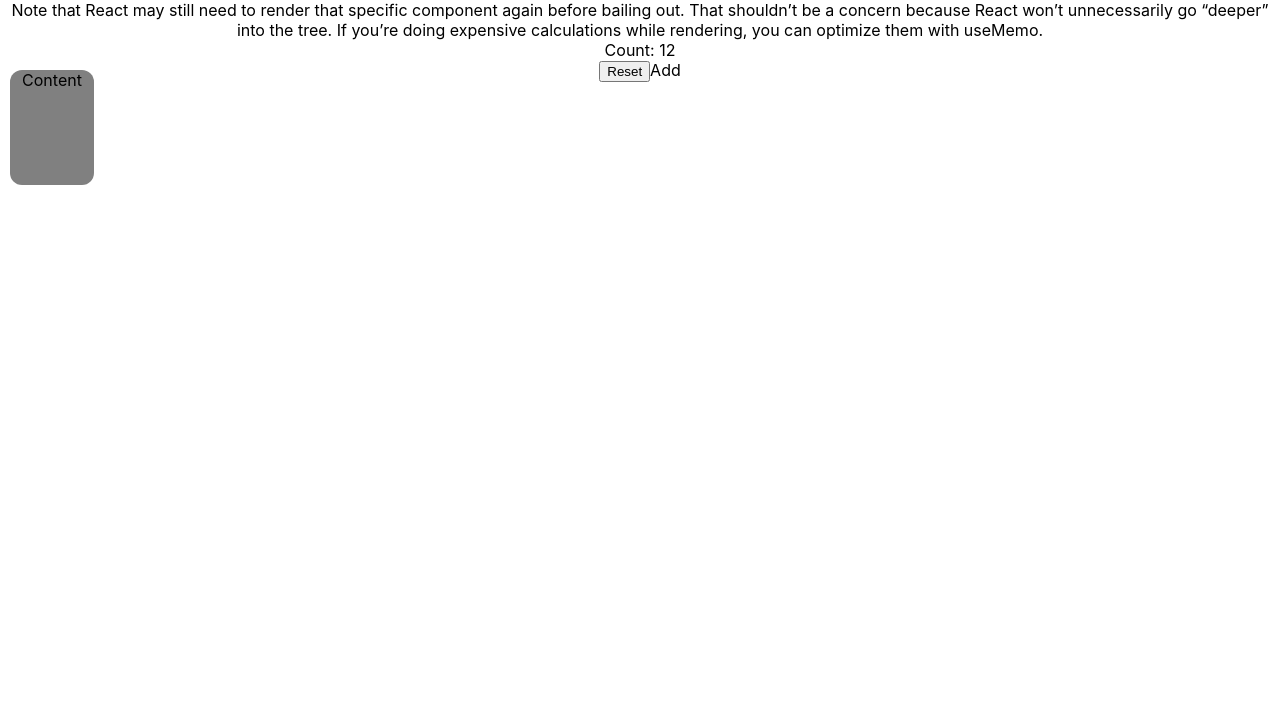
Repository: Farbod29/React-text-highlighter-with-hook-
Page: /
The author's editor kept a copy of each file at every save. The page is drawn from the files as they stood at one save, then again after the next save.
The browser window is 1280 px wide. The pictures show the whole page.
The project was rebuilt for these pictures with package versions that can differ from the ones it lists, and the page was loaded fresh each time.

Above is the page before, as saved 2022-02-18 21:05:55.

### src/App.js
import './App.css';
import Highlighter from './highlighter';
function App() {
  return (
    <div className="App">
      <Highlighter />
    </div>
  );
}

export default App;

### src/highlighter.js
import React, { useEffect, useState } from 'react';

export default function Highlighter() {
  let doit = () => {
    document.onmouseup = () => {
      console.log(window.getSelection().toString());
    };
  };
  const [count, setCount] = useState(12);
  return (
    <>
      <div>
        {' '}
        Note that React may still need to render that specific component again
        before bailing out. That shouldn’t be a concern because React won’t
        unnecessarily go “deeper” into the tree. If you’re doing expensive
        calculations while rendering, you can optimize them with useMemo.
      </div>
      Count: {count}
      {/* <button onClick={() => setCount((prevCount) => prevCount - 1)}>-</button> */}
      <div>
        <div
          style={{
            padding: '0px 10px',
            position: 'fixed',
            height: '9vi',
            width: '5vi',
            margin: '10px',
            borderRadius: '12px',
            backgroundColor: 'gray',
            inline: true,
            fontColor: 'red',
            textAlign: 'center',
          }}
        >
          Content
        </div>
        <button onClick={() => setCount(12)}>Reset</button>
        Add {doit()}
      </div>
    </>
  );
}

Loaded but not shown: public/index.html (common file); src/index.js (common file); src/index.css (common file); src/reportWebVitals.js (common file); src/App.css (common file)

After the next save:
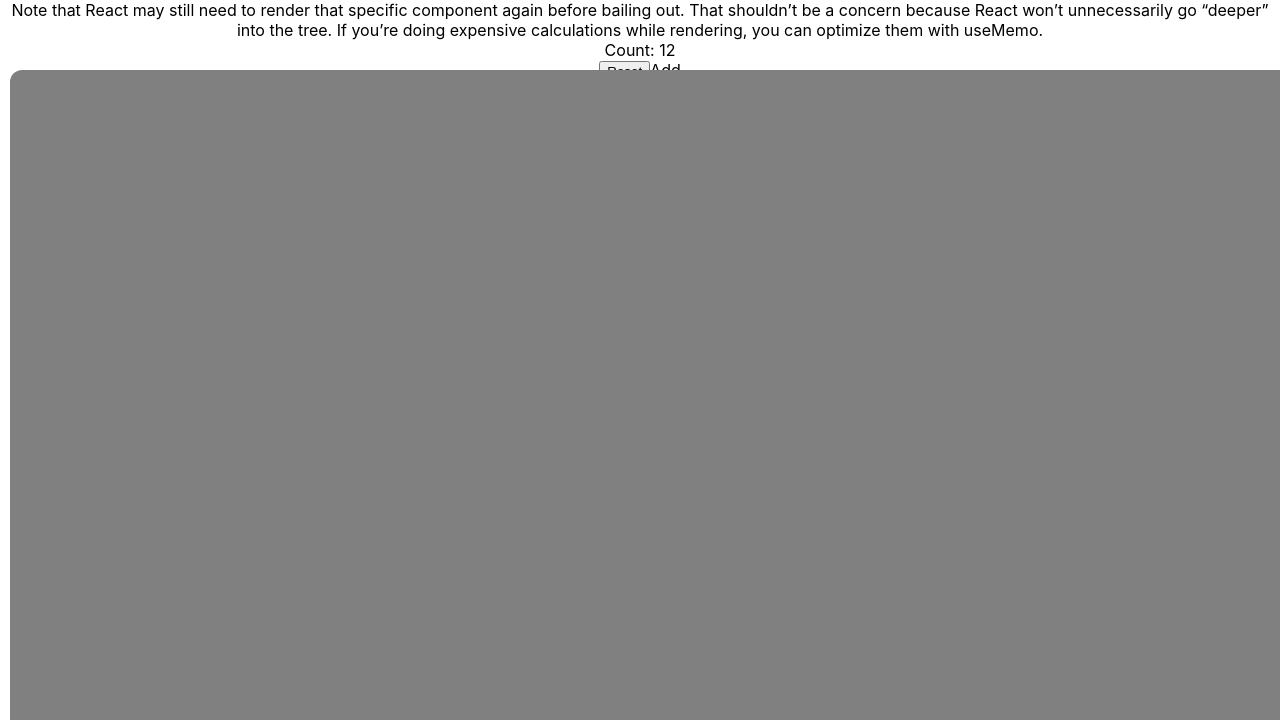
Saved 20 s later.
--- a/src/highlighter.js
+++ b/src/highlighter.js
@@ -23,8 +23,8 @@ export default function Highlighter() {
           style={{
             padding: '0px 10px',
             position: 'fixed',
-            height: '9vi',
-            width: '5vi',
+            height: '100vi',
+            width: '500vi',
             margin: '10px',
             borderRadius: '12px',
             backgroundColor: 'gray',
